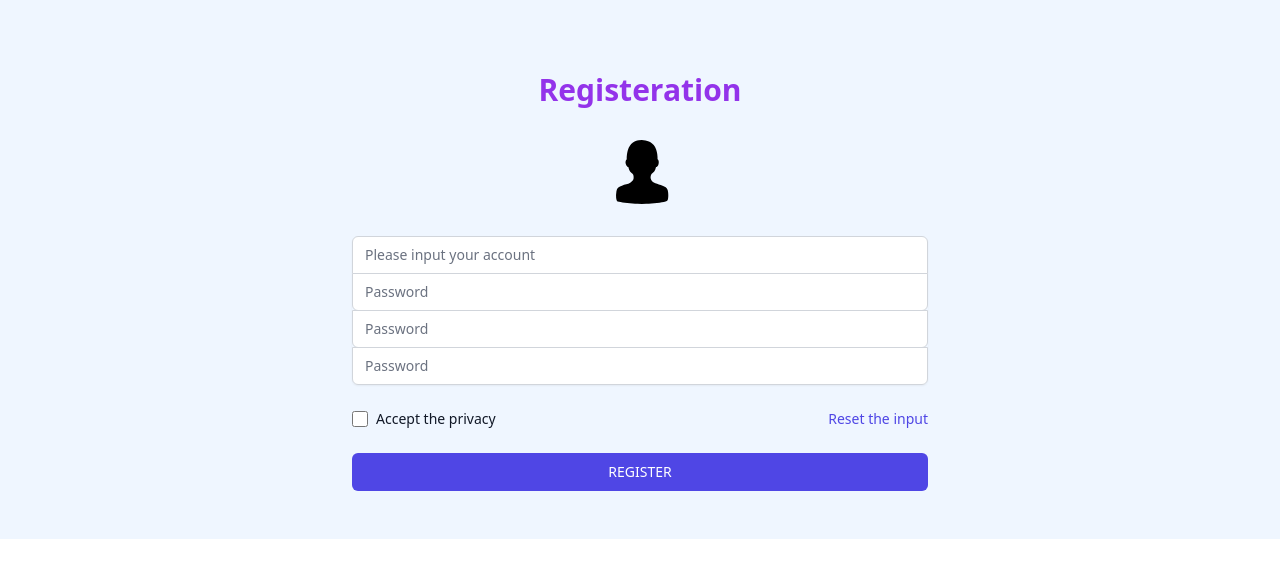
Repository: LiuRuohui/test_the_tailwindcss
Page: /
An editor plug-in stored every save of this project. The page is shown before and after the next save, followed by the edit.
The browser window is 1280 px wide. The pictures show the whole page.
The project was rebuilt for these pictures with package versions that can differ from the ones it lists, and the page was loaded fresh each time. Also part of the build but not shown: vite.config.js.

Above is the page before, as saved 2022-03-03 10:17:14.

After the next save:
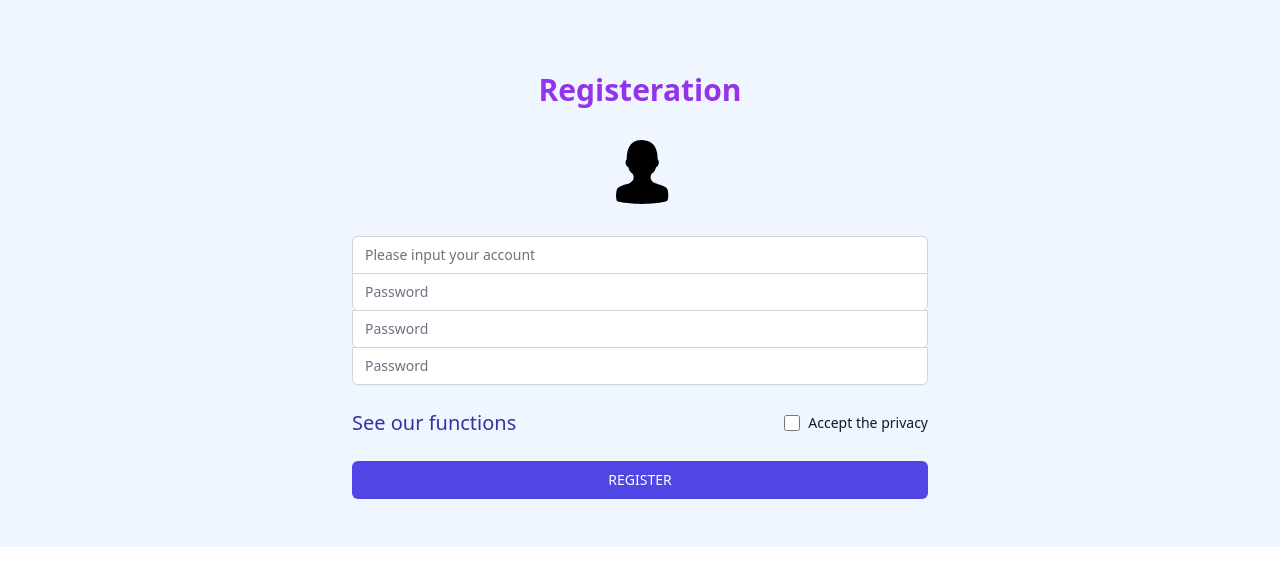
Saved 76 s later.
--- a/src/components/RegisterPage.vue
+++ b/src/components/RegisterPage.vue
@@ -28,13 +28,12 @@
       </div>
 
       <div class="flex items-center justify-between">
+        <div class="text-sm sm:text-xl">
+          <a href="#" class="font-medium text-indigo-800 hover:text-indigo-500"> See our functions </a>
+        </div>
         <div class="flex items-center">
           <input id="remember-me" name="remember-me" type="checkbox" class="h-4 w-4 text-indigo-600 focus:ring-indigo-500 border-gray-300 rounded">
           <label for="remember-me" class="ml-2 block text-sm text-gray-900"> Accept the privacy </label>
-        </div>
-
-        <div class="text-sm">
-          <a href="#" class="font-medium text-indigo-600 hover:text-indigo-500"> Reset the input</a>
         </div>
       </div>
 
